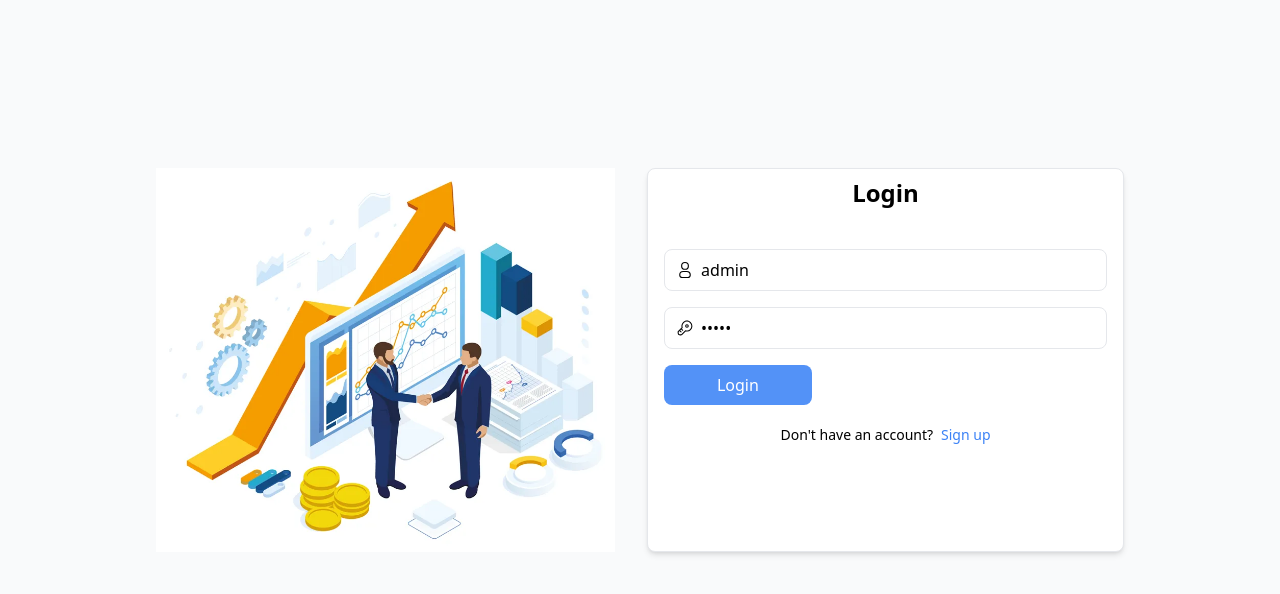
Repository: Fortivera/yourestate
Page: /
These files come from the project's save history. The page is drawn as it stood at one moment and after the next save; the edit follows.
The browser window is 1280 px wide. The pictures show the whole page.
The project was rebuilt for these pictures with package versions that can differ from the ones it lists, and the page was loaded fresh each time. The framework's server and built-in components were replaced by stand-ins that run in the browser. Also part of the build but not shown: next.config.js.

Above is the page before, as saved 2023-11-04 13:55:00.

After the next save:
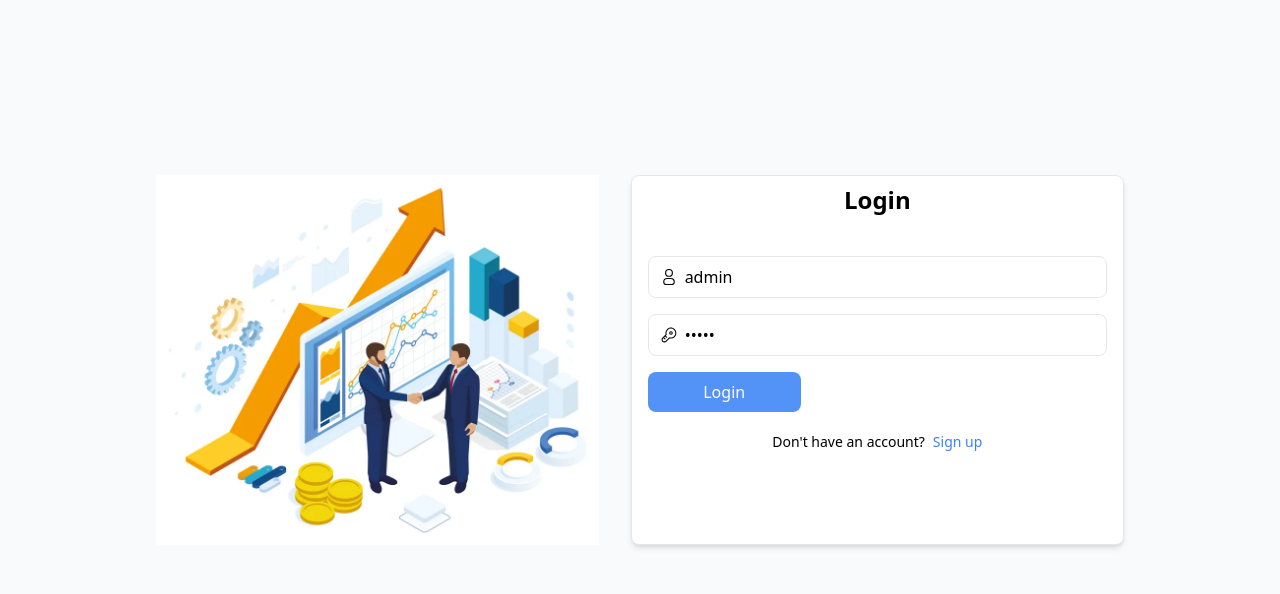
Saved 48 s later.
--- a/src/app/page.tsx
+++ b/src/app/page.tsx
@@ -8,7 +8,7 @@ export default function Login() {
   return (
     <div className="min-h-screen bg-gray-50 flex items-center justify-center">
       <div className="w-full px-4 py-10 tablet:w-[540px] laptop:w-[1000px] laptop:flex laptop:flex-row laptop:space-x-8">
-        <figure className="w-[600px] tablet:w-full">
+        <figure className=" ">
           <Image src={growthVisual} alt="login page picture" layout="responsive" />
         </figure>
         <div className="w-full px-4 pb-8 pt-2 bg-white border rounded-lg shadow-md">
